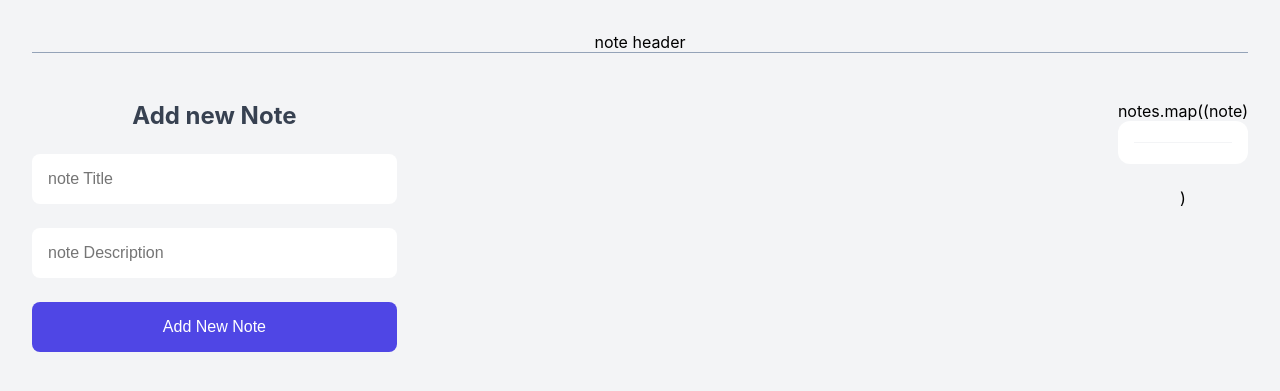
Repository: nikooshahbazi/shahbaziProjects
Page: / (app in dynamicData/)
An editor plug-in stored every save of this project. The page is shown before and after a run of saves, followed by the edit.
The browser window is 1280 px wide. The pictures show the whole page.
The project was rebuilt for these pictures with package versions that can differ from the ones it lists, and the page was loaded fresh each time. Also part of the build but not shown: dynamicData/vite.config.js.

Above is the page before, as saved 2024-02-17 18:32:11.

### dynamicData/src/App.jsx
import { useState } from "react";
import "./App.css";
import AddNewNote from "./components/AddNewNote";
import NoteList from "./components/NoteList";

function App() {
  const [notes, setNotes] = useState([]);

  const handleAddNote = (newNote) =>{
    setNotes((prevNotes) => [...prevNotes , newNote])
  }
  return (
    <div className="contianer">
      <div className="note-header">note header</div>
      <div className="note-app">
        <AddNewNote onAddNotes={handleAddNote}/>
        <NoteList notes={notes}/>
      </div>
    </div>
  );
}

export default App;

### dynamicData/src/index.css
:root {
  font-family: Inter, system-ui, Avenir, Helvetica, Arial, sans-serif;
  --bg-color: #f3f4f6;
  --text-700: #374151;
  --text-400: #94a3b8;
  --text-100: #f3f4f6;
  --text-300: #cbd5e1;
  --white: #fff;
  --primary-700: #4338ca;
  --primary-600: #4f46e5;
  --primary-100: #e0e7ff;
  --rose-500: #f43f5e;
}

* {
  padding: 0;
  margin: 0;
  box-sizing: border-box;
  list-style: none;
}

body {
  background-color: var(--bg-color);
  width: 100vw;
  min-height: 100vh;
}

input {
  display: block;
  outline: none;
  border: none;
}

button {
  outline: none;
  border: none;
  cursor: pointer;
}
p {
  text-align: left;
}

h1 {
  margin-bottom: 1.5rem;
  color: var(--text-700);
}

h2 {
  margin-bottom: 1.5rem;
  color: var(--text-700);
}

input[type="checkbox"] {
  transform: scale(1.5);
}

button {
  border: none;
  outline: none;
  cursor: pointer;
  background: none;
}

select {
  padding: 0.5rem 1rem;
  outline: none;
  border: 1px solid var(--text-400);
  border-radius: 0.75rem;
  font-weight: 700;
  color: var(--text-700);
}

.text-field {
  width: 100%;
  padding: 1rem;
  border-radius: 0.5rem;
  color: var(--text-700);
  font-size: 1rem;
}
.btn {
  border-radius: 0.5rem;
  padding: 1rem 1rem;
}

.btn--primary {
  background-color: var(--primary-600);
  color: white;
  font-size: 1rem;
}

### dynamicData/src/App.css
#root {
  max-width: 1280px;
  margin: 0 auto;
  padding: 2rem;
  text-align: center;
}

.note-header {
  display: flex;
  align-items: center;
  justify-content: space-evenly;
  margin-bottom: 3rem;
  border-bottom: 1px solid var(--text-400);
}

.note-app {
  display: flex;
  justify-content: space-between;
  gap: 2rem;
}

.note-form {
  gap: 1.5rem;
  display: grid;
}

.add-new-note {
  width: 30%;
}

.note-container {
  width: 60%;
}

.note-status {
  display: flex;
  justify-content: space-between;
  color: var(--text-400);
  margin-bottom: 2rem;
}

.note-status span {
  border-radius: 2rem;
  display: inline-block;
  background-color: var(--text-400);
  padding: 0.2rem 0.3rem;
  font-size: 0.75rem;
  color: var(--text-100);
}

.note-item {
  padding: 1rem;
  background-color: #fff;
  border-radius: 0.75rem;
  margin-bottom: 1.5rem;
}

.note-item__header {
  display: flex;
  align-items: center;
  justify-content: space-between;
  padding-bottom: 0.3rem;
  margin-bottom: 0.3rem;
  border-bottom: 1px solid var(--text-100);
}

.note-item.completed .title {
  text-decoration: line-through;
}

.note-item.completed {
  opacity: 80%;
}

.note-item__header .title {
  font-size: 1.1rem;
  color: var(--text-700);
  margin-bottom: 0.5rem;
  font-weight: 700;
}

.note-item__header .desc {
  color: var(--text-400);
  margin-bottom: 0.5rem;
  font-weight: 300;
}

.note-item__header .actions {
  display: flex;
  gap: 1.5rem;
  align-items: center;
}

.note-item__header .trash {
  width: 1.5rem;
  height: 1.5rem;
  color: var(--rose-500);
  background: none;
}

.note-item__footer {
  color: var(--text-300);
}

### dynamicData/src/components/AddNewNote.jsx
import { useState } from "react";

function AddNewNote({ onAddNotes }) {
  const [title, setTitle] = useState("");
  const [description, setDescription] = useState("");

  const handleSubmit = (e) => {
    e.preventDefault();
    if (!title || !description) return null;
    const newNote = {
      // ==> for give new Data
      title,
      description,
      id: Date.now(),
      completed: false,
      createdAt: new Date().toISOString(),
    };

    setTitle("");
    setDescription("");
    onAddNotes(newNote);
    console.log(newNote);
  };

  return (
    <div className="add-new-note">
      <h2>Add new Note</h2>
      <form className="note-form" onSubmit={handleSubmit}>
        <input
          value={title}
          onChange={(e) => setTitle(e.target.value)}
          type="text"
          className="text-field"
          placeholder="note Title"
        ></input>
        <input
          value={description}
          onChange={(e) => setDescription(e.target.value)}
          type="text"
          className="text-field"
          placeholder="note Description"
        ></input>
        <button className="btn btn--primary" type="submit">
          Add New Note
        </button>
      </form>
    </div>
  );
}

export default AddNewNote;

### dynamicData/src/components/NoteList.jsx
function NoteList({ notes }) {
  return <div className="note-list">notes.map((note){<NoteItem />})</div>;
}

export default NoteList;

function NoteItem(note) {
  return <div className="note-item">
    <div className="note-item__header"></div>
  </div>;
}

Loaded but not shown: dynamicData/index.html (common file); dynamicData/src/main.jsx (common file)

After the next 2 saves:
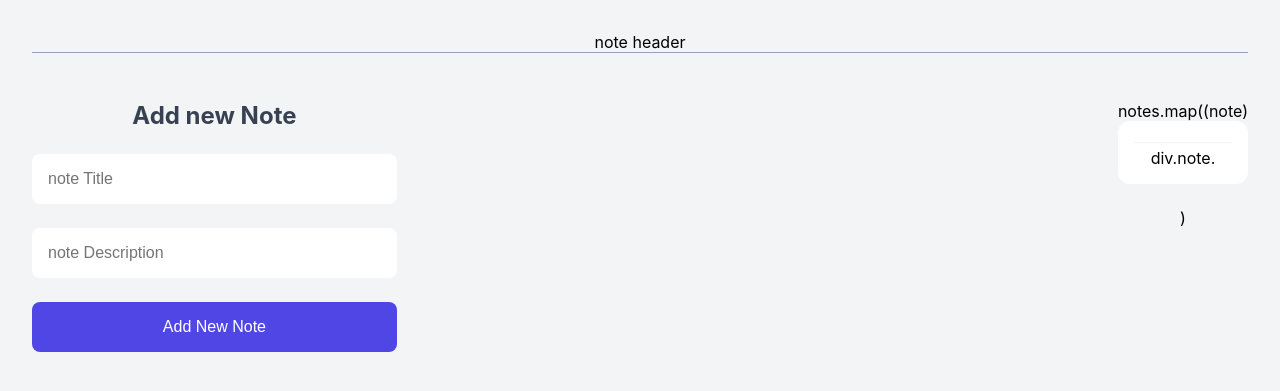
The 2 saves are shown as one change because they came seconds apart.
The last was saved 6 s later.
--- a/dynamicData/src/components/NoteList.jsx
+++ b/dynamicData/src/components/NoteList.jsx
@@ -7,5 +7,6 @@
 function NoteItem(note) {
   return <div className="note-item">
     <div className="note-item__header"></div>
+    div.note.
   </div>;
 }

After the save that followed:
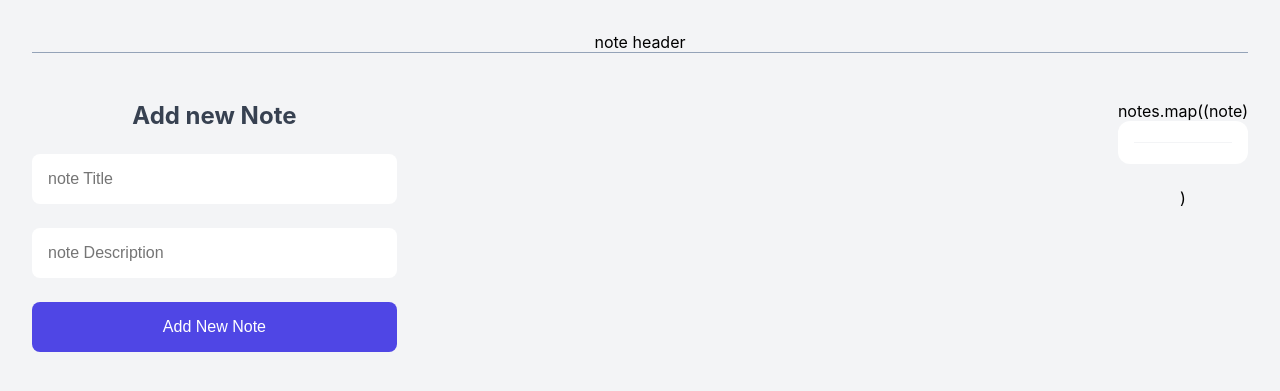
Saved 8 s later.
--- a/dynamicData/src/components/NoteList.jsx
+++ b/dynamicData/src/components/NoteList.jsx
@@ -7,6 +7,6 @@
 function NoteItem(note) {
   return <div className="note-item">
     <div className="note-item__header"></div>
-    div.note.
+    <div className="note item__footer"></div>
   </div>;
 }
